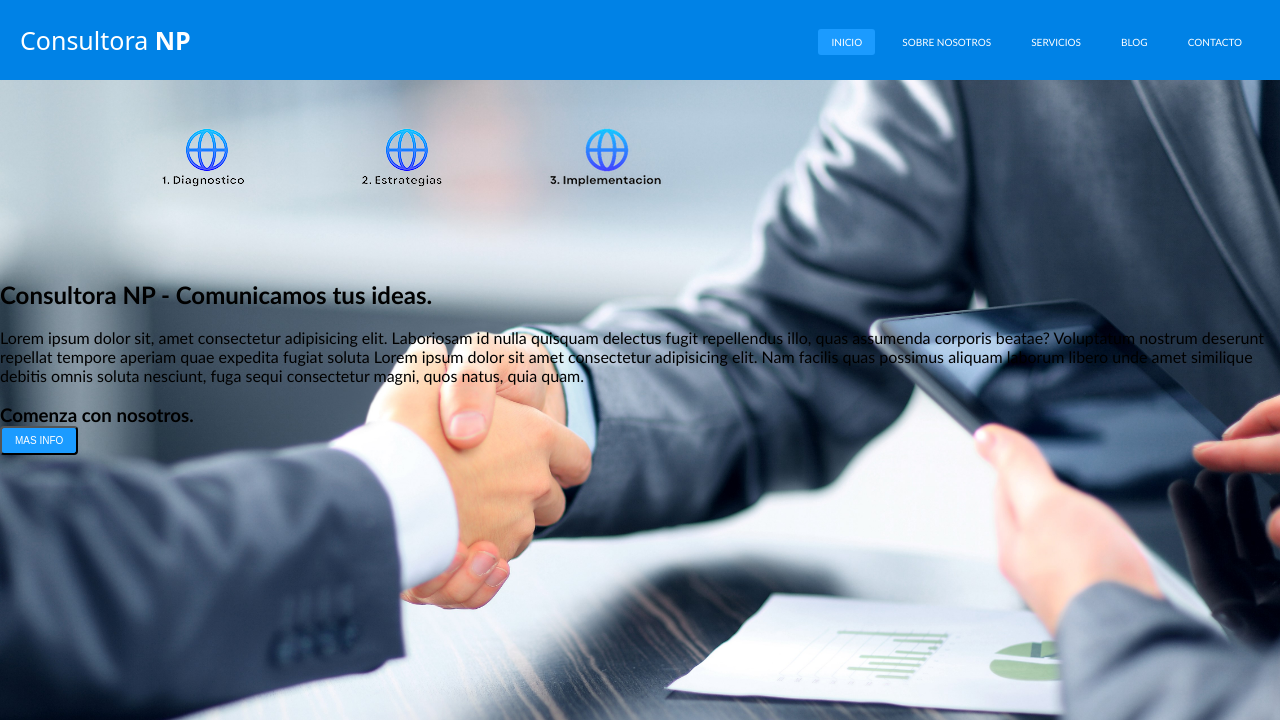
Repository: Batu120/pre-entrega2
Page: index.html
The author's editor kept a copy of each file at every save. The page is drawn from the files as they stood at one save, then again after the next save.
The browser window is 1280 px wide. The pictures show the whole page.

Above is the page before, as saved 2022-10-31 16:22:48.

### index.html
<!DOCTYPE html>
<html lang="en" dir="ltr">
<head>
    <meta charset="UTF-8">
    <meta http-equiv="X-UA-Compatible" content="IE=edge">
    <meta name="viewport" content="width=device-width, initial-scale=1.0">
    <title>2da Pre Entrega</title>
    <link rel="stylesheet" href="https://cdnjs.cloudflare.com/ajax/libs/font-awesome/4.7.0/css/font-awesome.min.css">
    <!-- CSS -->
    <link rel="stylesheet" href="CSS/style.css">

</head>
<body>
    <nav>
        <input type="checkbox" id="check">
        <label for="check" class="checkbtn">
            <i style="font-size:24px" class="fa">&#xf0c9;</i>
        </label>
        <label class="logo">Consultora <label class="logo1">NP</label></label>
            <!-- Lista no ordenada -->
            <ul>
                <!-- Items / Menu -->
                <li><a class="active" href="index.html">Inicio</a></li>
                <li><a href="HTML/SobreNosotros.html">Sobre Nosotros</a></li>
                <li><a href="HTML/Servicios.html">Servicios</a></li>
                <li><a href="HTML/Blog.html">Blog</a></li>
                <li><a href="HTML/Contacto.html">Contacto</a></li>
            </ul>
    </nav>

    <section class="section_center">

        <div class="grid-container">
            <img src="/IMG/1.Diagnostico.png" alt="diagnostico">
            <img src="/IMG/2.Estrategia.png" alt="estrategia">
            <img src="/IMG/3.Implementacion.png" alt="implementacion">
        </div>

        <div class="gird-div">
            <!-- titulo h1 -->
            <h1>Consultora NP - Comunicamos tus ideas.</h1>
            <br>
            <!-- Parrafo -->
            <p>Lorem ipsum dolor sit, amet consectetur adipisicing elit. Laboriosam id nulla quisquam delectus fugit repellendus illo, quas assumenda corporis beatae? Voluptatum nostrum deserunt repellat tempore aperiam quae expedita fugiat soluta Lorem ipsum dolor sit amet consectetur adipisicing elit. Nam facilis quas possimus aliquam laborum libero unde amet similique debitis omnis soluta nesciunt, fuga sequi consectetur magni, quos natus, quia quam.</p>
            <br>
            <div><h3>Comenza con nosotros.</h3></div>
            <button class="info">Mas info</button>
        </div>
    </section>


</body>
</html>

### CSS/style.css
body {
    font-family:'Gill Sans', 'Gill Sans MT', Calibri, 'Trebuchet MS', sans-serif;
}

/* NAV BAR - LINKS- RESPONSIVE */
* {
    padding: 0;
    margin: 0;
    text-decoration: none;
    list-style: none;
    box-sizing: border-box;
}
nav {
    background: #0082e6;
    height: 80px;
    width: 100%;
}
/*  */
.logo{
    color: white;
    font-size: 25px;
    line-height: 80px;
    padding: 20px;
    font-weight:lighter;
    font-family:system-ui, -apple-system, BlinkMacSystemFont, 'Segoe UI', Roboto, Oxygen, Ubuntu, Cantarell, 'Open Sans', 'Helvetica Neue', sans-serif;
}
.logo1{
    color: white;
    font-weight: bold;
}
nav ul{
    float: right;
    margin-right: 20px;
    padding-top: 0%;
}
nav ul li{
    display: inline-block;
    line-height: 80px;
    margin: 0 5px;
}
nav ul li a{
    color: white;
    font-size: 10px;
    padding: 7px 13px;
    border-radius: 3px;
    text-transform: uppercase;
}
a.active,a:hover{
    background: #1b9bff;
    transition: .5s;
}
.checkbtn{
    font-size: 30px;
    color: white;
    float: right;
    line-height: 80px;
    margin-right: 30px;
    cursor: pointer;
    display: none;
}
#check{
    display: none;
}
/* PREUBA RESPONSIVE TEST */
@media (max-width: 853px){
    label.logo {
        font-size: 25px;
        padding-left: 50px;
    }
    nav ul li a{
        font-size: 18px;
    }
}
@media (max-width: 853px){
    .checkbtn{
        display: block;
    }
    ul{
        position: fixed;
        width: 100%;
        height: 100vh;
        background: #2c3e50;
        top: 80px;
        left: -100%;
        text-align: center;
        transition: all .5s;
    }
    nav ul li{
        display: block;
        margin: 50px 0;
        line-height: 30px;
    }
    nav ul li a {
        font-size: 20px;
    }
        a:hover,a.active{
        background:none;
        color: #0082e6;
        }
        #check:checked ~ ul{
        left: 0;
        }
    }

    section{
        background: url(/IMG/consultoria_img.jpeg) no-repeat;
        background-size: cover;
        height: calc(100vh - 80px);
    }
    /* IMG page front */
    .grid-container {
        display: grid;
        grid-template-columns: auto auto auto;
        justify-content: center;
    }
/*     .section_center {
        display: flex;

        text-align: center;
    } */
    /* Button info */
    .info {
        color: white;
        background-color: #1b9bff;
        font-size: 10px;
        padding: 7px 13px;
        border-radius: 4px;
        text-transform: uppercase;
    }

After the next save:
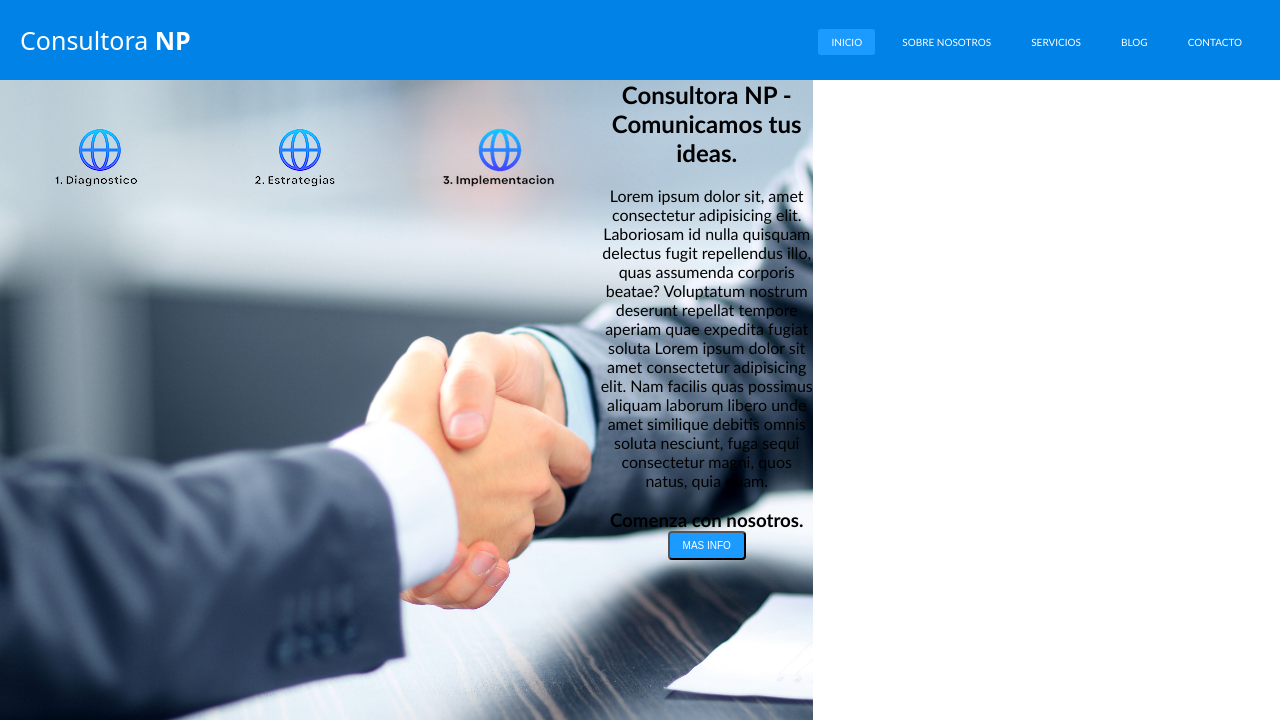
Saved 48 s later.
--- a/CSS/style.css
+++ b/CSS/style.css
@@ -113,11 +113,11 @@
         grid-template-columns: auto auto auto;
         justify-content: center;
     }
-/*     .section_center {
+    .section_center {
         display: flex;
 
         text-align: center;
-    } */
+    }
     /* Button info */
     .info {
         color: white;

After the save that followed:
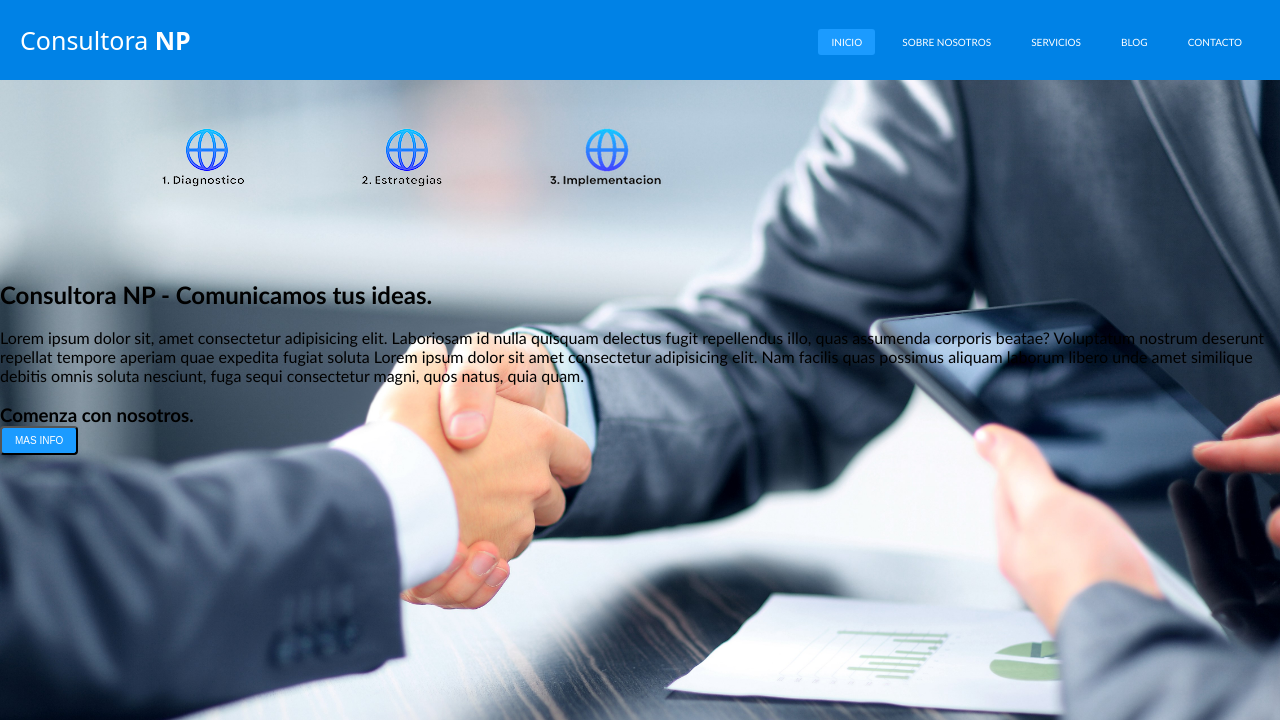
Saved 15 s later.
--- a/CSS/style.css
+++ b/CSS/style.css
@@ -113,11 +113,6 @@
         grid-template-columns: auto auto auto;
         justify-content: center;
     }
-    .section_center {
-        display: flex;
-
-        text-align: center;
-    }
     /* Button info */
     .info {
         color: white;
